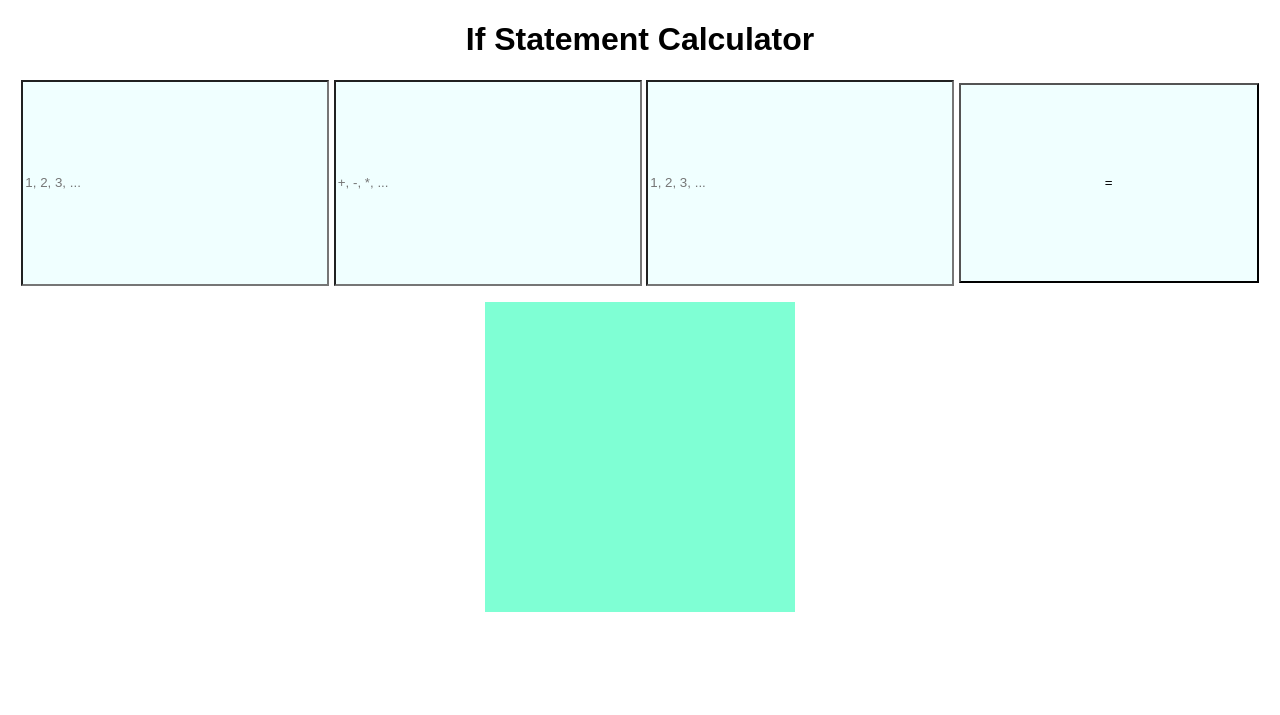
Repository: WesleyErasmus/threeInputCalculator
Page: html/if-calculator.html
The author's editor kept a copy of each file at every save. The page is drawn from the files as they stood at one save, then again after the next save.
The browser window is 1280 px wide. The pictures show the whole page.

Above is the page before, as saved 2022-04-27 22:09:46.

### html/if-calculator.html
<!DOCTYPE html>
<html lang="en">
<head>
    <meta charset="UTF-8">
    <meta http-equiv="X-UA-Compatible" content="IE=edge">
    <meta name="viewport" content="width=device-width, initial-scale=1.0">
    <title>JS If Calculator</title>
    <link rel="stylesheet" href="/css/stylesheet.css">
    <script src="/js/if-calculator.js"></script>

</head>
<body>

<center>
    <form onsubmit="return false;">
        <h1>If Statement Calculator</h1>
        <!-- <div class="inputField"> -->
        <!-- <label for="input1">Enter a number</label> -->
         <input id="input1" type="text" name = "input1" placeholder="1, 2, 3, ..."> <!-- input-1 -->
        </div>
        <!-- <div class="inputField"> -->
         <!-- <label for="input3">Enter operator</label> -->
         <input id="input3" type="text" name = "input3" placeholder="+, -, *, ..."> <!-- input-3 (operator) -->
        </div>
        <!-- <div class="inputField"> -->
         <!-- <label for="input2">Enter a number </label> -->
         <input id="input2" type="text" name = "input2" placeholder="1, 2, 3, ..."> <!-- input-2 -->
        </div>
         <button onclick="sum()">=</button>
         <p id="output"></p>
    </form>
</center>
</body>
</html>

### css/stylesheet.css
body {
font-family: sans-serif;
}
form {
display: block;
margin: 0 auto;
}
input, button {
    width: 300px;
    height: 200px;
    background-color: azure;
}
.inputField {
    width: 310px;
    height: 210px;
}
p {
    width: 310px;
    height: 310px;
    background-color: aquamarine;
}

### js/if-calculator.js
function sum() {
const num1 = document.getElementById("input1").value;
const num2 = document.getElementById("input2").value;
const operator = document.getElementById("input3").value;
const output = document.getElementById("output").value;
  let answer;
  document.getElementById("output").value;
  if (operator == '+') {
    answer = +num1 + +num2;
    document.getElementById("output").innerHTML = answer;
  } else if (operator == '-') {
    answer = num1 - num2;
    document.getElementById("output").innerHTML = answer;
  } else if (operator == '*') {
    answer = num1 * num2;
    document.getElementById("output").innerHTML = answer;
  } else {
    answer = num1 / num2;
    document.getElementById("output").innerHTML = answer;
  }console.log(answer);
}

After the next save:
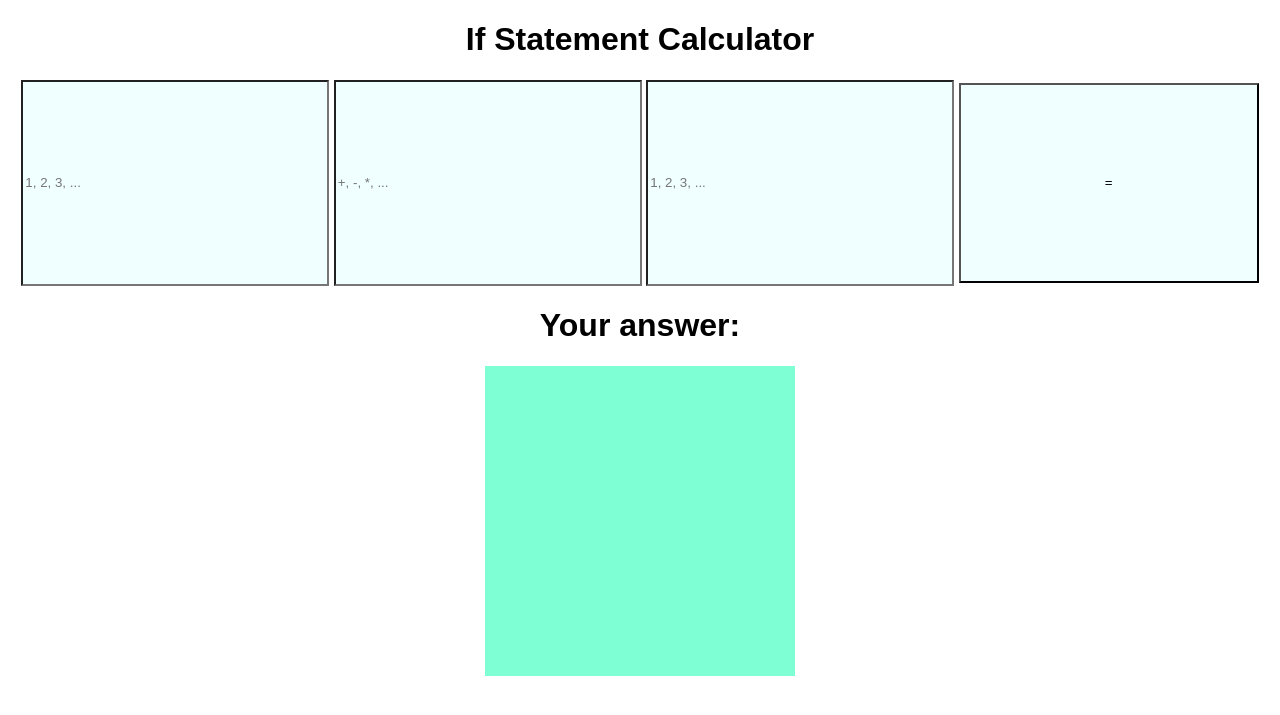
Saved 20 s later.
--- a/html/if-calculator.html
+++ b/html/if-calculator.html
@@ -27,6 +27,7 @@
          <input id="input2" type="text" name = "input2" placeholder="1, 2, 3, ..."> <!-- input-2 -->
         </div>
          <button onclick="sum()">=</button>
+         <h1>Your answer:</h1>
          <p id="output"></p>
     </form>
 </center>
